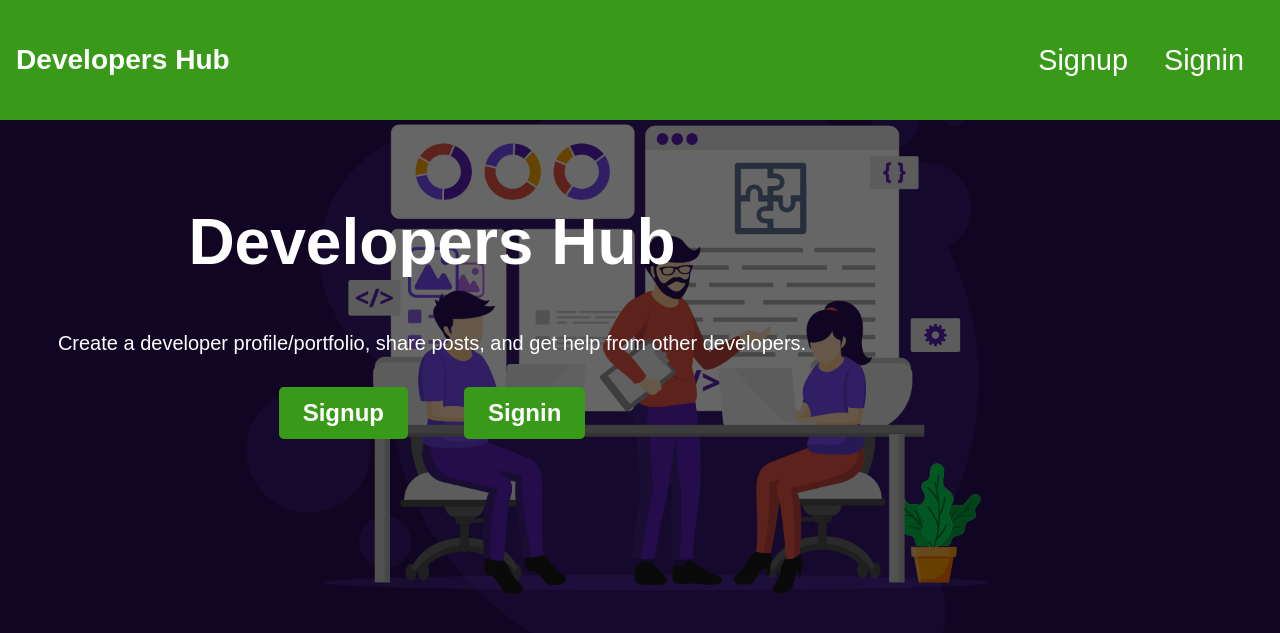
Repository: sayyad-mukthumsa-123/DevMania
Page: / (app in frontend/)
An editor plug-in stored every save of this project. The page is shown before and after the next save, followed by the edit.
The browser window is 1280 px wide. The pictures show the whole page.
The project was rebuilt for these pictures with package versions that can differ from the ones it lists, and the page was loaded fresh each time. Also part of the build but not shown: frontend/src/pages/login.js, frontend/src/pages/register.js, frontend/src/pages/Allprofiles.js, frontend/src/pages/MyProfile.js, frontend/src/pages/Indprofile.js.

Above is the page before, as saved 2025-02-28 23:32:56.

### frontend/public/index.html
<!-- public/index.html -->
<!DOCTYPE html>
<html lang="en">
<head>
  <meta charset="UTF-8">
  <meta name="viewport" content="width=device-width, initial-scale=1.0">
  <title>Developers Hub</title>
  <link rel="stylesheet" href="https://cdnjs.cloudflare.com/ajax/libs/font-awesome/5.15.3/css/all.min.css">
</head>
<body>
  <div id="root"></div>
</body>
</html>

### frontend/src/App.js
import React from 'react'
import {BrowserRouter,Route,Routes} from 'react-router-dom'
import Home from './pages/Home'
import Login from './pages/login'
import Register from './pages/register'
import Allprofiles from './pages/Allprofiles'
import MyProfile from './pages/MyProfile'
import Indprofile from './pages/Indprofile'

const App = () => {
  return (
    <div>

      <BrowserRouter>
      <Routes>
        <Route path='/' exact Component={Home}/>
        <Route path='/login' exact Component={Login}/>
        <Route path='/register' exact Component={Register}/>
        <Route path='/allprofiles' exact Component={Allprofiles}/>
        <Route path='/myprofile' exact Component={MyProfile}/>
        <Route path='/indprofile/:fullname/:email/:skill/:id' exact Component={Indprofile}/>
      </Routes>
      </BrowserRouter>
    </div>
  )
}

export default App

### frontend/src/pages/Home.js
import React from 'react';
import { Link } from 'react-router-dom';
import home from "../images/home.png"
import '../styles/styles.css';  // Adjust the path based on your file structure
import Navbar from './Navbar';

const Home = () => {
  return (
    <>
      <section className='landing' >
        <div className='dark-overlay'>
        <Navbar />
          <div className='landing-inner'>

            <h1 className='x-large'>Developers Hub</h1>
            <p className='lead'>
              Create a developer profile/portfolio, share posts, and get help from other developers.
            </p>
            <div className='buttons'>
              <Link to="/register" className="btn btn-auth">Signup</Link>
              <Link to="/login" className="btn btn-auth">Signin</Link>
            </div>
          </div>
        </div>
      </section>
    </>
  );
}
export default Home;

### frontend/src/styles/styles.css
/* General reset */
body, html {
  margin: 0;
  padding: 0;
  font-family: Arial, sans-serif;
  width: 100%;
  min-height: 100vh;

}

/* Navbar styles */
.navbar {
  display: flex;
  justify-content: space-between;
  align-items: center;
  padding: 1rem;
  font-size: x-large;
  background-color: #399918
}

.navbar h1 a {
  color: #ffffff;
  text-decoration: none;
}

.navbar ul {
  list-style: none;
  display: flex;
  margin: 0;
  padding: 10px;
  font-size: larger;
}
.navbar ul li
{
  padding: 10px;
  transition: all 0.3s ease;
}
.navbar ul li:hover
{
  transform: scale(1.3);
}
.navbar ul li {
  margin-left: 1rem;
}

.navbar ul li a {
  color: #ffffff;
  text-decoration: none;
}

/* Landing page styles */
/* .landing {
  height: 100%;
  display: flex;
  align-items: center;
  justify-content: center;
  color: black;
  position: relative;
}

.dark-overlay {
  position: absolute;
  top: 0;
  left: 0;
  right: 0;
  bottom: 0;
}

.landing-inner {
  text-align: center;
  z-index: 2;
  position: relative;
}

.x-large {
  font-size: 4rem;
}

.lead {
  font-size: 1.5rem;
  margin-bottom: 2rem;
  color: black;
}

.buttons .btn ,.btn{
  margin: 3rem 2rem;
  padding: 0.75rem 1.25rem;
  border: none;
  border-radius: 5px;
  cursor: pointer;
  text-decoration: none;
  font-size: x-large;
  background-color:#399918 ;
  color: #ffffff;
}


.btn-auth {
  transition: all 0.3s ease;
}
.btn-auth:hover
{
  transform: scale(1.1);
} */

.landing {
  height: 100vh;
  display: flex;
  align-items: center;
  justify-content: center;
  color: white;
  position: relative;
  background: url('../images/home.png') no-repeat center center/cover;
  text-align: center;
}

.dark-overlay {
  position: absolute;
  top: 0;
  left: 0;
  right: 0;
  bottom: 0;
  background: rgba(0, 0, 0, 0.6); /* Adds a dark overlay for better text visibility */
}

.landing-inner {
  text-align: center;
  z-index: 2;
  position: relative;
  padding: 2rem;
  max-width: 800px;
}

.x-large {
  font-size: 4rem;
  font-weight: bold;
}

.lead {
  font-size: 1.5rem;
  margin-bottom: 2rem;
}

.buttons {
  display: flex;
  justify-content: center;
  gap: 1.5rem;
}

.btn, .btn-auth {
  margin: 1rem;
  padding: 0.75rem 1.5rem;
  border: none;
  border-radius: 8px;
  cursor: pointer;
  text-decoration: none;
  font-size: 1.25rem;
  font-weight: bold;
  background-color: #399918;
  color: #ffffff;
  transition: all 0.3s ease;
}

.btn-auth:hover {
  transform: scale(1.1);
  background-color: #2e7d12;
}


/* Container styles */
.container {
  width: 700px;
  margin: 2rem auto;
  padding: 2rem;
  border: 2px solid #399918;
  color: black;
  border-radius: 8px;
  position: relative; /* To ensure proper z-index handling */
  z-index: 1; /* Ensures the container is above any background effects */
}

/* Form styles */
.form {


  display: flex;
  flex-direction: column;
}

.form-group {
  margin-bottom: 1.5rem;
}

.form-group input {
  width: 50%;
  padding: 0.75rem;
  font-size: 1rem;
  border: 1px solid black;
  border-radius: 5px;
  transition: border-color 0.3s ease-in-out, box-shadow 0.3s ease-in-out;
}

.form-group input:focus {
  border-color: #f6f7f9;
  box-shadow: 0 0 8px rgba(0, 123, 255, 0.3);
  outline: none;
}

.btn {
  display: inline-block;
  padding: 0.75rem 1.5rem;
  border: none;
  border-radius: 5px;
  cursor: pointer;
  text-decoration: none;
  font-size: 1.5rem;
  text-align: center;
}

/* .btn-primary {
  background-color: #007bff;
  color: #ffffff;
}

.btn-primary:hover {
  background-color: #0056b3;
  opacity: 0.9;
} */

/* .text-primary {
  color: #f6f8fb;
} */

.large {
  font-size: 2rem;
  margin-bottom: 1rem;
}

.lead {
  font-size: 1.25rem;
  margin-bottom: 1rem;
}

.error {
  color: red;
  margin-top: 1rem;
}

p {
  margin-top: 1rem;
}
.link-auth{
  color:#399918;
  text-decoration: none;
  cursor: pointer;
  padding-left:10px ;
  transition: all 0.3s ease;
  display: inline-block;
  font-size: large;
}
.link-auth:hover
{
  transform: scale(1.3);
}
/* Profiles styles */
.profiles {
  display: flex;
  flex-direction: column;
  gap: 1rem;
}

.profile {
  background-color: #f4f4f4;
  padding: 1rem;
  display: flex;
  align-items: center;
  border: 1px solid #ccc;
  box-shadow: 0 4px 8px rgba(0, 0, 0, 0.1);
  border-radius: 5px;
  margin-bottom: 1rem;
}

.profile .round-img {
  width: 100px;
  border-radius: 50%;
  margin-right: 1rem;
}

.profile-info {
  flex: 1;
}

.profile-info h2 {
  margin: 0 0 0.5rem 0;
}

.profile-info p {
  margin: 0.5rem 0;
}

.profile-info .btn {
  display: inline-block;
  background-color:#399918;
  color: #fff;
  padding: 0.5rem 1rem;
  text-decoration: none;
  border-radius: 0.25rem;
  margin-top: 0.5rem;
  transition: all 0.3s ease;
}

.profile-info .btn:hover {
  transform: scale(1.1);
  background-color:#399918;
}

.profile-skills {
  list-style: none;
  padding: 0;
  display: flex;
  flex-direction: column;
  gap: 0.5rem;
  margin-left: 1rem;
  color: black;
}

.profile-skills li {
  display: flex;
  align-items: center;
  color:greenyellow;
}

.profile-skills li i {
  margin-right: 0.5rem;
}

/* GitHub Section */
.profile-github {
  margin-top: 1rem;
}

.profile-github h2 {
  margin-bottom: 1rem;
}

.repo {
  background: #fff;
  padding: 1rem;
  margin-bottom: 1rem;
  border: 1px solid #ccc;
}

.repo h4 {
  margin: 0.5rem 0;
}

.repo p {
  margin: 0.5rem 0;
}

/* Form */
.form {
  margin-top: 1rem;
}

.form-group {
  margin-bottom: 1rem;
}

.form-group input {
  width: 100%;
  padding: 0.5rem;
  border: 1px solid #ccc;
  border-radius: 0.25rem;
}

.form-group input:focus {
  border-color: #007bff;
  outline: none;
}

/* .btn-primary {
  background: #007bff;
  color: #fff;
  border: none;
  padding: 0.5rem 1rem;
  cursor: pointer;
}

.btn-primary:hover {
  background: #0056b3;
} */

/* Profile Grid */
.profile-grid {
  display: grid;
  grid-template-columns: 1fr;
  grid-gap: 1rem;
  margin-top: 1rem;
}

.profile-top {
  background: #0a0a0a;
  color: #fff;
  padding: 1rem;
  text-align: center;
}

.profile-top img {
  width: 150px;
  border-radius: 50%;
}

.profile-top h1 {
  margin: 0.5rem 0;
}

.profile-top p {
  margin: 0.5rem 0;
}
a{
  color:aqua
}
 .white-text {
  color: black;
}
 .skill-text {
  /* background-color: #5e585c16;  */
  color: #c51414;
  padding: 10px 15px;
  border-radius: 5px;
  display: flex;
  align-items: center;
  font-size: 16px;
  margin-top: 2px;
  /* box-shadow: 0 2px 4px rgba(0, 0, 0, 0.1);  */
}


.skill-text i {
  color: #28a745;
  margin-right: 30px;
}
.taskprovider
{
  color:#28a745;
  text-decoration: none;
  font-size: xx-large;
}

### frontend/src/pages/Navbar.js
import React from 'react';
import { Link } from 'react-router-dom';
import '../styles/styles.css';
const Navbar = () => {
  return (
    <div>
        <nav className="navbar bg-dark">
        <h1>
          <Link to='/'> Developers Hub</Link>
        </h1>
        <ul>
          <li><Link to="/register">Signup</Link></li>
          <li><Link to="/login">Signin</Link></li>
        </ul>
      </nav>
    </div>
  )
}

export default Navbar

Loaded but not shown: frontend/src/index.js (common file); frontend/src/index.css (common file); frontend/src/reportWebVitals.js (common file)

After the next save:
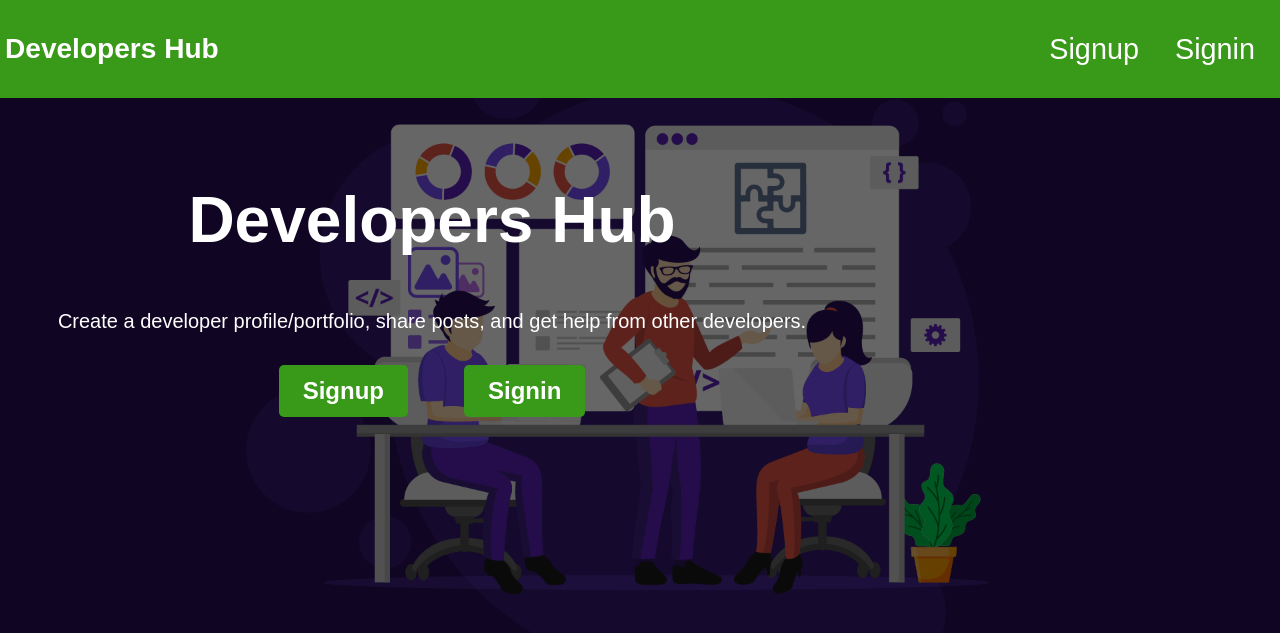
Saved 18 s later.
--- a/frontend/src/styles/styles.css
+++ b/frontend/src/styles/styles.css
@@ -13,7 +13,7 @@ body, html {
   display: flex;
   justify-content: space-between;
   align-items: center;
-  padding: 1rem;
+  padding: 5px;
   font-size: x-large;
   background-color: #399918
 }
